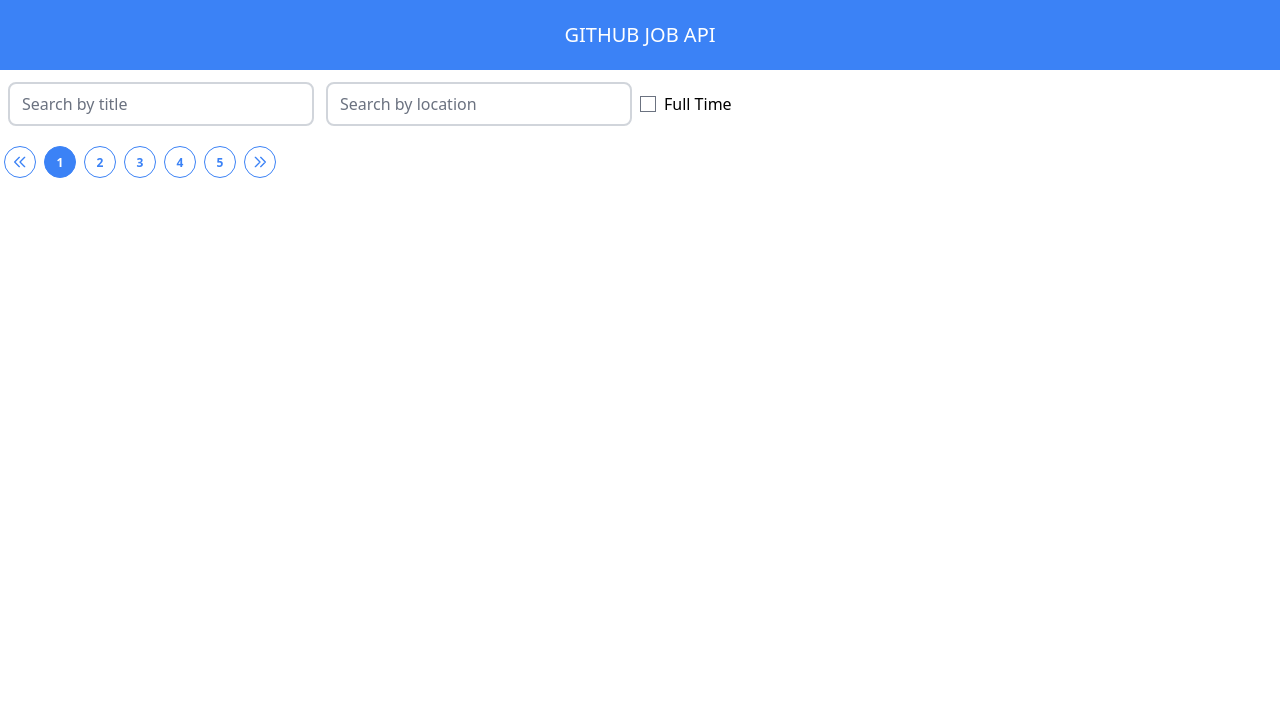
Repository: ShamroOoz/Github-job-api-React-Tailwind
Page: /
An editor plug-in stored every save of this project. The page is shown before and after the next save, followed by the edit.
The browser window is 1280 px wide. The pictures show the whole page.
The page's requests for data from a server got no answer. The project was rebuilt for these pictures with package versions that can differ from the ones it lists, and the page was loaded fresh each time. No one was signed in, and anything a server would have sent is missing. Also part of the build but not shown: craco.config.js.

Above is the page before, as saved 2021-03-21 17:13:26.

### src/index.css
@tailwind base;
@tailwind components;
@tailwind utilities;

.text-style {
  @apply w-3/5 outline-none border-0 focus:ring-2 ring-indigo-600 border-2 border-gray-300 rounded-lg placeholder-gray-500 placeholder-opacity-100;
}

### src/App.js
import { useState } from "react";
import { useFetch } from "./components/Hooks/useFetch";
import NavBar from "./components/NavBar";
import SearchForm from "./components/SearchForm";
import Pagination from "./components/Pagination";

function App() {
  const [params, setparam] = useState({});
  const [page, setpage] = useState(1);
  const { jobs, loading, error } = useFetch(params, page);

  const handleparamchange = (e) => {
    setpage(1);
    let param = e.target.name;
    let value = e.target.value;
    setparam((prevparams) => {
      return { ...prevparams, [param]: value };
    });
  };

  return (
    <>
      <NavBar />
      <SearchForm handleparamchange={handleparamchange} params={params} />
      {/* <div className="px-2">
        {loading && <div className="text-3xl font-bold">Loading..</div>}
        {error && (
          <div className="text-lg text-red-500">Error..Try refreshing</div>
        )}
        <div>
          {jobs &&
            jobs.map((job) => (
              <li className="leading-7 text-xl" key={job.id}>
                {job.title}
              </li>
            ))}
        </div>
      </div> */}
      <Pagination />
    </>
  );
}

export default App;

### src/components/Hooks/useFetch.js
import { useReducer, useEffect } from "react";
import axios from "axios";
import { reducer, ACTIONS } from "../Reducer/Reduce";

//
const { MAKE_REQUEST, GET_DATA, ERROR } = ACTIONS;
const BASE_URL =
  "https://secret-ocean-49799.herokuapp.com/https://jobs.github.com/positions.json";

const initialState = {
  jobs: [],
  loading: false,
  error: false,
};

export const useFetch = (params, page) => {
  const [state, dispatch] = useReducer(reducer, initialState);

  //useeffect hook to get data

  useEffect(() => {
    const cancelToken = axios.CancelToken.source();
    dispatch({ type: MAKE_REQUEST, payload: "" });
    axios
      .get(BASE_URL, {
        cancelToken: cancelToken.token,
        params: {
          markdown: true,
          page: page,
          ...params,
        },
      })
      .then((res) => {
        dispatch({ type: GET_DATA, payload: res.data });
        console.log(res.data);
      })
      .catch((err) => {
        if (axios.isCancel(err)) return;
        dispatch({ type: ERROR, payload: err });
      });
    //clean up
    return () => {
      cancelToken.cancel();
    };
  }, [page, params]);

  return state;
};

### src/components/NavBar.js
import React from "react";

const NavBar = () => {
  return (
    <nav className="relative flex flex-wrap items-center justify-center px-2 py-3 navbar-expand-lg bg-blue-500 ">
      <h2 className=" inline-block py-2 whitespace-no-wrap uppercase text-xl font-normal leading-normal  text-white">
        Github Job Api
      </h2>
    </nav>
  );
};

export default NavBar;

### src/components/SearchForm.js
import React from "react";

const SearchForm = ({ handleparamchange, params }) => {
  return (
    <form>
      <div className="grid grid-cols-2  ">
        <div className="py-3 px-2 flex space-x-3 ">
          <input
            className="text-style"
            type="text"
            placeholder={`Search by title `}
            name="description"
            value={params.description || ""}
            onChange={handleparamchange}
          />
          <input
            className="text-style"
            type="text"
            placeholder={`Search by location`}
            name="location"
            value={params.location || ""}
            onChange={handleparamchange}
          />
        </div>
        <div className="flex">
          <label className="flex items-center">
            <input
              type="checkbox"
              value={params.full_time || ""}
              onChange={handleparamchange}
            />
            <span className="ml-2">Full Time </span>
          </label>
        </div>
      </div>
    </form>
  );
};

export default SearchForm;

### src/components/Pagination.js
import React from "react";

const Pagination = () => {
  return (
    <div className="py-2">
      <nav className="block">
        <ul className="flex pl-0 rounded list-none flex-wrap">
          <li>
            <a
              href="#pablo"
              className="first:ml-0 text-xs font-semibold flex w-8 h-8 mx-1 p-0 rounded-full items-center justify-center leading-tight relative border border-solid border-blue-500 bg-white text-blue-500"
            >
              <svg
                xmlns="http://www.w3.org/2000/svg"
                fill="none"
                viewBox="0 0 24 24"
                stroke="currentColor"
                className="w-4"
              >
                <path
                  strokeLinecap="round"
                  strokeLinejoin="round"
                  strokeWidth="2"
                  d="M11 19l-7-7 7-7m8 14l-7-7 7-7"
                />
              </svg>
            </a>
          </li>
          <li>
            <a
              href="#pablo"
              className="first:ml-0 text-xs font-semibold flex w-8 h-8 mx-1 p-0 rounded-full items-center justify-center leading-tight relative border border-solid border-blue-500 text-white bg-blue-500"
            >
              1
            </a>
          </li>
          <li>
            <a
              href="#pablo"
              className="first:ml-0 text-xs font-semibold flex w-8 h-8 mx-1 p-0 rounded-full items-center justify-center leading-tight relative border border-solid border-blue-500 bg-white text-blue-500"
            >
              2
            </a>
          </li>
          <li>
            <a
              href="#pablo"
              className="first:ml-0 text-xs font-semibold flex w-8 h-8 mx-1 p-0 rounded-full items-center justify-center leading-tight relative border border-solid border-blue-500 bg-white text-blue-500"
            >
              3
            </a>
          </li>
          <li>
            <a
              href="#pablo"
              className="first:ml-0 text-xs font-semibold flex w-8 h-8 mx-1 p-0 rounded-full items-center justify-center leading-tight relative border border-solid border-blue-500 bg-white text-blue-500"
            >
              4
            </a>
          </li>
          <li>
            <a
              href="#pablo"
              className="first:ml-0 text-xs font-semibold flex w-8 h-8 mx-1 p-0 rounded-full items-center justify-center leading-tight relative border border-solid border-blue-500 bg-white text-blue-500"
            >
              5
            </a>
          </li>
          <li>
            <a
              href="#pablo"
              className="first:ml-0 text-xs font-semibold flex w-8 h-8 mx-1 p-0 rounded-full items-center justify-center leading-tight relative border border-solid border-blue-500 bg-white text-blue-500"
            >
              <svg
                xmlns="http://www.w3.org/2000/svg"
                fill="none"
                viewBox="0 0 24 24"
                stroke="currentColor"
                className="w-4"
              >
                <path
                  strokeLinecap="round"
                  strokeLinejoin="round"
                  strokeWidth="2"
                  d="M13 5l7 7-7 7M5 5l7 7-7 7"
                />
              </svg>
            </a>
          </li>
        </ul>
      </nav>
    </div>
  );
};

export default Pagination;

### src/components/Reducer/Reduce.js
export const ACTIONS = {
  MAKE_REQUEST: "MAKE_REQUEST",
  GET_DATA: "GET_DATA",
  ERROR: "ERROR",
};

export const reducer = (state, action) => {
  switch (action.type) {
    case ACTIONS.MAKE_REQUEST:
      return { ...state, loading: true };
    case ACTIONS.GET_DATA:
      return {
        ...state,
        loading: false,
        jobs: action.payload,
      };
    case ACTIONS.ERROR:
      return { ...state, error: true };
    default:
      return state;
  }
};

### src/components/Reducer/Job.js
import React from "react";

const Job = () => {
  return (
    <div class="bg-gray-600 flex justify-center items-center h-screen">
      <div class="w-2/3 flex flex-col bg-white shadow-lg rounded-lg overflow-hidden">
        <div class="bg-gray-200 text-gray-700 text-lg px-6 py-4">
          The title of the card here
        </div>

        <div class="flex justify-between items-center px-6 py-4">
          <div class="bg-orange-600 text-xs uppercase px-2 py-1 rounded-full border border-gray-200 text-gray-200 font-bold">
            Under Review
          </div>
          <div class="text-sm">May 14, 1988</div>
        </div>

        <div class="px-6 py-4 border-t border-gray-200">
          <div class="border rounded-lg p-4 bg-gray-200">
            Here is a short comment about this employee.
          </div>
        </div>

        <div class="bg-gray-200 px-6 py-4">
          <div class="uppercase text-xs text-gray-600 font-bold">Employee</div>

          <div class="flex items-center pt-3">
            <div class="bg-blue-700 w-12 h-12 flex justify-center items-center rounded-full uppercase font-bold text-white">
              TN
            </div>
            <div class="ml-4">
              <p class="font-bold">Tony Nguyen</p>
              <p class="text-sm text-gray-700 mt-1">Instructor</p>
            </div>
          </div>
        </div>
      </div>
    </div>
  );
};

export default Job;

Loaded but not shown: public/index.html (common file); src/index.js (common file); tailwind.config.js (common file)

After the next save:
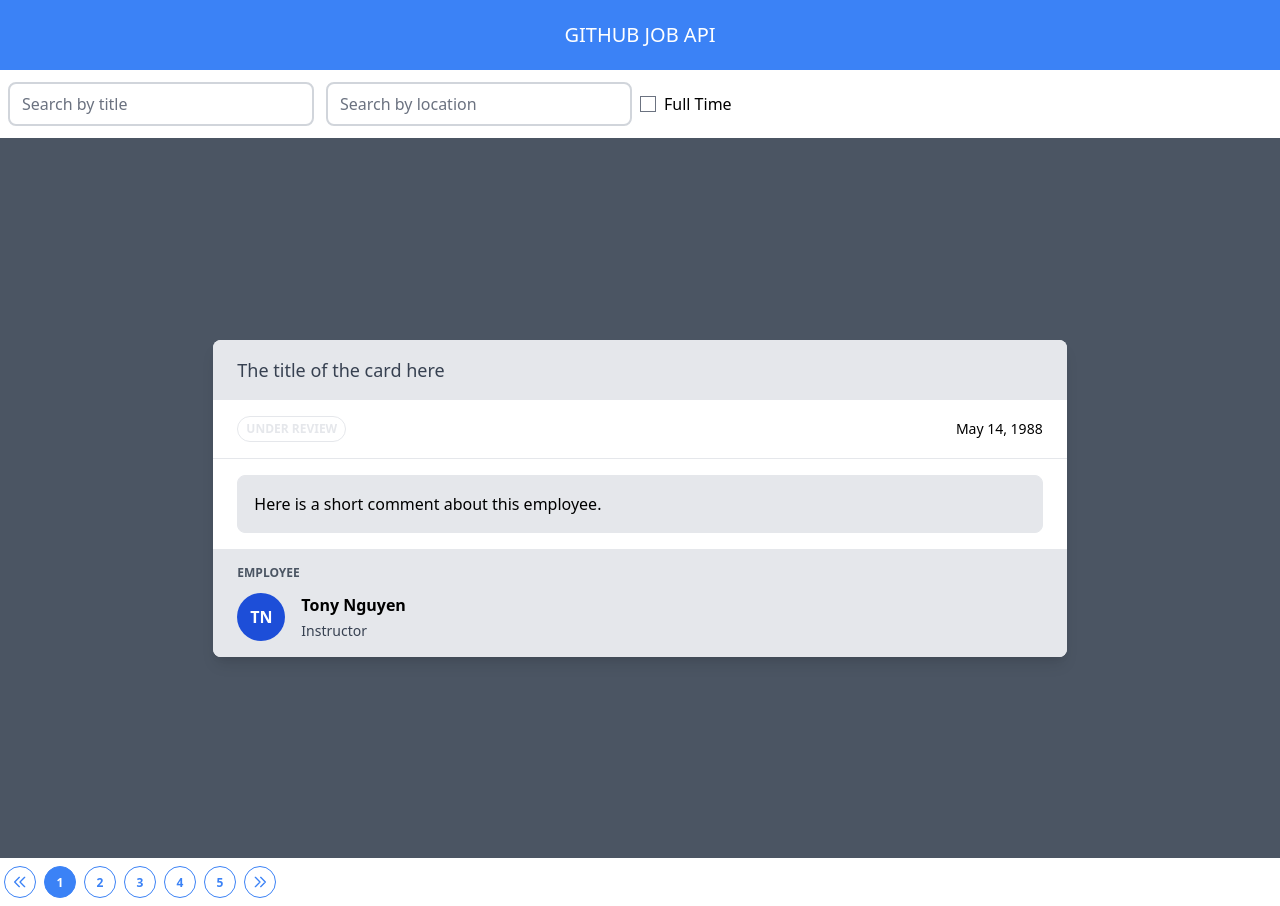
Saved 18 s later.
--- a/src/App.js
+++ b/src/App.js
@@ -3,6 +3,7 @@
 import NavBar from "./components/NavBar";
 import SearchForm from "./components/SearchForm";
 import Pagination from "./components/Pagination";
+import Job from "./components/Reducer/Job";
 
 function App() {
   const [params, setparam] = useState({});
@@ -36,6 +37,7 @@
             ))}
         </div>
       </div> */}
+      <Job />
       <Pagination />
     </>
   );
